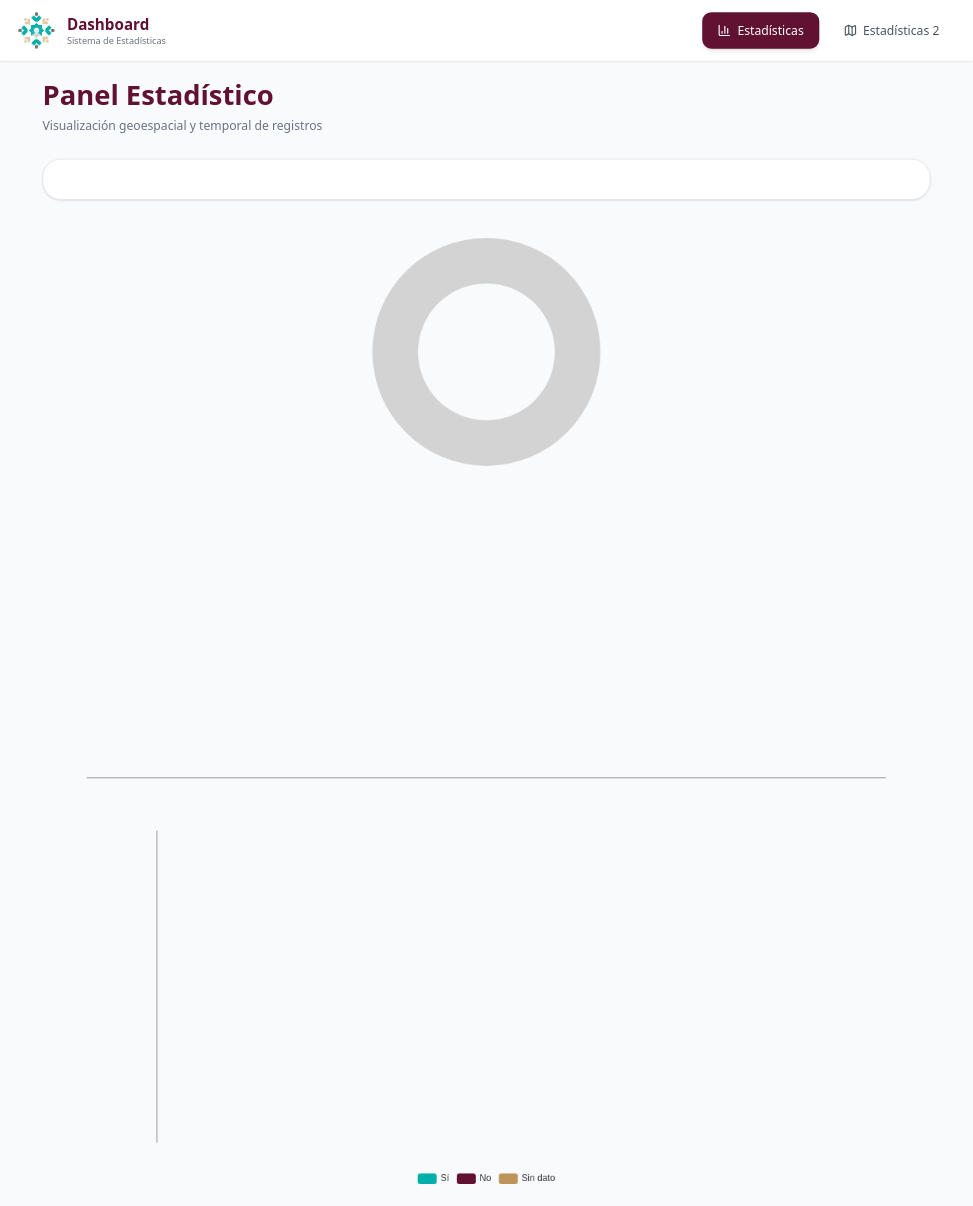
Repository: jesus890/semaforo-cinepolis
Page: /estadisticas
The author's editor kept a copy of each file at every save. The page is drawn from the files as they stood at one save, then again after the next save.
The browser window is 1280 px wide. The pictures show the whole page, at 76% of full size.
The page's requests for data from a server got no answer. The project was rebuilt for these pictures with package versions that can differ from the ones it lists, and the page was loaded fresh each time. No one was signed in, and anything a server would have sent is missing. Also part of the build but not shown: vite.config.ts, src/pages/EstadisticasDosPage.tsx.

Above is the page before, as saved 2026-06-03 11:53:45.

### index.html
<!doctype html>
<html lang="en">
  <head>
    <meta charset="UTF-8" />
    <link rel="icon" type="image/svg+xml" href="/favicon.svg" />
    <meta name="viewport" content="width=device-width, initial-scale=1.0" />
    <title>Estadistica Alertamiento | RNPNDO</title>
  </head>
  <body>
    <div id="root"></div>
    <script type="module" src="/src/main.tsx"></script>
  </body>
</html>

### src/App.tsx
import AppRouter from "./router/AppRouter";

function App() {
    return <AppRouter />;
}

export default App;

### src/router/AppRouter.tsx
import {BrowserRouter,Routes,Route,Navigate,} from "react-router-dom";

import DashboardLayout from "../layouts/DashboardLayout";
import EstadisticasPage from "../pages/EstadisticaPage";
import EstadisticasDosPage from "../pages/EstadisticasDosPage";



export default function AppRouter() {

    return (
        <BrowserRouter>
            <Routes>
                <Route path="/" element={<DashboardLayout/>}>
                    <Route index element={<Navigate to="/estadisticas"/>}/>
                    <Route path="estadisticas" element={<EstadisticasPage />}/>
                    <Route path="estadisticas-2" element={<EstadisticasDosPage />}/>
                </Route>
            </Routes>
        </BrowserRouter>
    );
}

### src/layouts/DashboardLayout.tsx
import { Outlet } from "react-router-dom";

import Header from "../components/Dashboard/navigation/Header";

export default function DashboardLayout() {

    return (
        <div className="min-h-screen bg-slate-50">
            <Header />
            <main className="p-6">
                <Outlet />
            </main>
        </div>

    );
}

### src/pages/EstadisticaPage.tsx
import { useEffect, useState } from "react";

import HeatmapTable from "../components/Dashboard/heatmap/HeatmapTable";

import SexoChart from "../components/Dashboard/charts/SexoChart";

import type { HeatmapRow } from "../types/dashboard.types";

import { GetEntidadesByAlertaTable, GetTotalesIncremento } from "../services/dashboard.service";
import EdadChart from "../components/Dashboard/charts/EdadChart";
import EnfoqueChart from "../components/Dashboard/charts/EnfoqueChart";

export default function EstadisticasPage() {

    const [filters, setFilters] = useState<{ estado_id: number | null, municipio_id: number | null }>({ estado_id: null, municipio_id: null });

    const [heatmapEstados, setHeatmapEstados] = useState<HeatmapRow[]>([]);
    const [dataChart, setDataChart] = useState<any>(null);

    const [loadingHeatmap, setLoadingHeatmap] = useState<boolean>(true);
    const [loadingCharts, setLoadingCharts] = useState<boolean>(true);

    useEffect(() => {
        loadData();
    }, [filters]);

    const loadData = async () => {

        try {

            setLoadingHeatmap(true);
            setLoadingCharts(true);

            const [matrizResp, chartResp] = await Promise.allSettled([
                GetEntidadesByAlertaTable(filters.estado_id, filters.municipio_id),
                GetTotalesIncremento(filters.estado_id, filters.municipio_id)
            ]);

            if (matrizResp.status === "fulfilled") {
                const rows: HeatmapRow[] = matrizResp.value.map((item: any) => ({
                    id: String(item.estado_id),
                    estadoId: item.estado_id,
                    name: item.entidad,
                    values:
                        item.detalleUltimos30Dias.map(
                            (dia: any) => ({
                                day: dia.fecha.slice(0, 10),
                                total: dia.totalRegistros,
                                estatus: dia?.estatusDia,
                                estadoId: item?.estado_id,
                                municipioId: 1, // temporal
                            })
                        ),
                }));

                setHeatmapEstados(rows);
            }

            if (chartResp.status === "fulfilled") {
                setDataChart(chartResp.value);
            }


        } catch (error) {
            console.log("No se pudo obtener la información de la tabla de entidades inicial");
        } finally {
            setLoadingHeatmap(false);
            setLoadingCharts(false);
        }

    };

    const handleEstadoClick = (estadoId: number) => {
        setFilters({
            estado_id: estadoId,
            municipio_id: null,
        });

    };

    const handleCellClick = (data: { estadoId: number; municipioId: number; fecha: string; }) => {
        //console.log("Click celda", data);

        setFilters(prev => ({
            ...prev,
            estado_id:
                data.estadoId,
        }));

    };

    return (
        <>
            <div className="min-h-screen bg-slate-50">
                <div className="mx-auto max-w-[1800px] px-6 lg:px-8">

                    <div className="mb-8">
                        <h1 className="text-4xl font-bold text-[#611232]">
                            Panel Estadístico
                        </h1>

                        <p className="mt-2 text-gray-500">
                            Visualización geoespacial y temporal de registros
                        </p>
                    </div>

                    {/* Matriz de datos */}
                    <div className="rounded-3xl border border-gray-200 bg-white p-6 shadow-sm">
                        <HeatmapTable
                            rows={heatmapEstados}
                            level="estado"
                            onRowClick={handleEstadoClick}
                            onCellClick={handleCellClick}
                        />
                    </div>

                    <div>
                        <SexoChart sexo={dataChart?.sexo} />
                    </div>

                    <div>
                        <EdadChart grupoEtario={dataChart?.grupoEtario} />
                    </div>

                    <div>
                        <EnfoqueChart enfoqueDiferenciado={dataChart?.enfoqueDiferenciado} />
                    </div>
                </div>
            </div>
        </>
    );
}

### src/components/Dashboard/navigation/Header.tsx
import { NavLink } from "react-router-dom";

import { BarChart3, Map, } from "lucide-react";
import logoSystem from "../../../assets/CNB.png";

export default function Header() {

    const menu = [
        {
            label: "Estadísticas",
            icon: BarChart3,
            path: "/estadisticas",
        },
        {
            label: "Estadísticas 2",
            icon: Map,
            path: "/estadisticas-2",
        },
    ];

    return (

        <header className="sticky top-0 z-50 bg-white border-b border-gray-200 shadow-sm">

            <div className="h-20 px-6 flex items-center justify-between max-w-[1800px] mx-auto">

                {/* Logo */}
                <div className="flex items-center gap-4">

                    <img src={logoSystem} alt="Logo" className="h-12 w-auto object-contain" />

                    <div>

                        <h1 className="text-xl font-bold text-[#611232]">
                            Dashboard
                        </h1>

                        <p className="text-xs text-gray-500">
                            Sistema de Estadísticas
                        </p>

                    </div>

                </div>

                {/* Menú */}
                <nav className="flex items-center gap-3">

                    {menu.map((item) => {

                        const Icon = item.icon;

                        return (

                            <NavLink
                                key={item.path}
                                to={item.path}
                                className={({
                                    isActive,
                                }) =>
                                    `
                                    flex
                                    items-center
                                    gap-2
                                    px-5
                                    py-3
                                    rounded-xl
                                    font-medium
                                    transition-all

                                    ${isActive
                                        ? "bg-[#611232] text-white shadow-md"
                                        : "text-gray-600 hover:bg-gray-100"
                                    }
                                `
                                }
                            >

                                <Icon
                                    size={18}
                                />

                                {item.label}

                            </NavLink>
                        );
                    })}

                </nav>

            </div>

        </header>
    );
}

### src/components/Dashboard/charts/SexoChart.tsx
import ReactECharts from "echarts-for-react";
import { Colors } from "../../../constants/colors";

interface SexoItem {
    categoria: string;
    total: number;
}

interface Props {
    sexo?: SexoItem[];
}

export default function SexoChart({ sexo = [] }: Props) {

    const getColor = (categoria: string) => {

        switch (categoria.toUpperCase()) {

            case "HOMBRE":
                return Colors.rojito;

            case "MUJER":
                return Colors.verdecito;

            default:
                return Colors.oro;
        }
    };

    const data = sexo.map(item => ({
        value: item.total,
        name:
            item.categoria.charAt(0) +
            item.categoria.slice(1).toLowerCase(),

        itemStyle: {
            color: getColor(item.categoria),
        },
    }));

    const option = {
        tooltip: {
            trigger: "item",
        },

        legend: {
            bottom: 0,
        },

        series: [
            {
                type: "pie",
                radius: ["45%", "75%"],

                label: {
                    formatter: "{b}\n{c}",
                },

                data,
            },
        ],
    };

    return (
        <ReactECharts
            option={option}
            style={{
                height: "400px",
            }}
        />
    );
}

### src/services/dashboard.service.ts
import { apiRequest } from "../lib/api";
import { axiosInstance } from "../lib/axios";

export const GetEntidadesByAlertaTable = (estado_id: any, municipio_id: any) =>
    apiRequest<any>(
        axiosInstance.get(`/api/Alertas`)
    );

export const GetTotalesIncremento = (estado_id: any, municipio_id: any) =>
    apiRequest<any>(
        axiosInstance.get(`/api/Alertas/incremento-desaparecidos`)
    );

### src/components/Dashboard/charts/EdadChart.tsx
import ReactECharts from "echarts-for-react";
import { Colors } from "../../../constants/colors";

interface GrupoEtarioItem {
  categoria: string;
  total: number;
}

interface Props {
  grupoEtario?: GrupoEtarioItem[];
}

export default function EdadChart({
  grupoEtario = [],
}: Props) {

  const getColor = (
    categoria: string
  ) => {

    switch (
    categoria.toUpperCase()
    ) {

      case "MENOR DE EDAD":
        return Colors.verdecito;

      case "MAYOR DE EDAD":
        return Colors.rojito;

      case "ADULTO MAYOR":
        return Colors.oro;

      default:
        return "#4F46E5";
    }
  };

  const categories =
    grupoEtario.map(
      item => item.categoria
    );

  const data =
    grupoEtario.map(
      item => ({
        value: item.total,

        itemStyle: {
          color: getColor(
            item.categoria
          ),
        },
      })
    );

  const option = {
    tooltip: {
      trigger: "axis",
    },

    grid: {
      left: "5%",
      right: "5%",
      bottom: "10%",
      containLabel: true,
    },

    xAxis: {
      type: "category",

      data: categories,

      axisLabel: {
        interval: 0,
        rotate: 0,
      },
    },

    yAxis: {
      type: "value",
    },

    series: [
      {
        type: "bar",

        barWidth: 70,

        borderRadius: [
          8,
          8,
          0,
          0,
        ],

        data,
      },
    ],
  };

  return (
    <ReactECharts
      option={option}
      style={{
        height: "400px",
      }}
    />
  );
}

### src/components/Dashboard/charts/EnfoqueChart.tsx
import ReactECharts from "echarts-for-react";
import { Colors } from "../../../constants/colors";

interface EnfoqueDetalle {
  categoria: string;
  total: number;
}

interface EnfoqueItem {
  grupo: string;
  detalle: EnfoqueDetalle[];
}

interface Props {
  enfoqueDiferenciado?: EnfoqueItem[];
}

export default function EnfoqueChart({
  enfoqueDiferenciado = [],
}: Props) {

  const normalize = (
    value: string
  ) => {

    const v =
      value
        ?.trim()
        .toUpperCase();

    if (v === "SI")
      return "SI";

    if (v === "NO")
      return "NO";

    return "SIN DATO";
  };

  const groups =
    enfoqueDiferenciado.map(
      item => {

        switch (
        item.grupo
        ) {

          case "TIENEDISCAPACIDAD":
            return "Discapacidad";

          case "HABLAESPANIOL":
            return "Habla Español";

          case "LENGUA":
            return "Lengua";

          case "ESMIGRANTE":
            return "Migrante";

          default:
            return item.grupo;
        }
      }
    );

  const siData =
    enfoqueDiferenciado.map(
      grupo =>
        grupo.detalle
          .filter(
            x =>
              normalize(
                x.categoria
              ) === "SI"
          )
          .reduce(
            (
              acc,
              item
            ) =>
              acc +
              item.total,
            0
          )
    );

  const noData =
    enfoqueDiferenciado.map(
      grupo =>
        grupo.detalle
          .filter(
            x =>
              normalize(
                x.categoria
              ) === "NO"
          )
          .reduce(
            (
              acc,
              item
            ) =>
              acc +
              item.total,
            0
          )
    );

  const sinDatoData =
    enfoqueDiferenciado.map(
      grupo =>
        grupo.detalle
          .filter(
            x =>
              normalize(
                x.categoria
              ) ===
              "SIN DATO"
          )
          .reduce(
            (
              acc,
              item
            ) =>
              acc +
              item.total,
            0
          )
    );

  const option = {

    tooltip: {
      trigger: "axis",
      axisPointer: {
        type: "shadow",
      },
    },

    legend: {
      bottom: 0,
    },

    grid: {
      left: 150,
      right: 30,
      top: 30,
      bottom: 60,
    },

    xAxis: {
      type: "value",
    },

    yAxis: {
      type: "category",
      data: groups,
    },

    series: [
      {
        name: "Sí",
        type: "bar",
        stack: "total",

        label: {
          show: true,
        },

        itemStyle: {
          color:
            Colors.verdecito,
        },

        data: siData,
      },

      {
        name: "No",
        type: "bar",
        stack: "total",

        label: {
          show: true,
        },

        itemStyle: {
          color:
            Colors.rojito,
        },

        data: noData,
      },

      {
        name: "Sin dato",
        type: "bar",
        stack: "total",

        label: {
          show: true,
        },

        itemStyle: {
          color:
            Colors.oro,
        },

        data: sinDatoData,
      },
    ],
  };

  return (
    <ReactECharts
      option={option}
      style={{
        height: "500px",
      }}
    />
  );
}

### src/constants/colors.ts
export const Colors = {
    rojito: "#611232",
    verdecito: "#00AFAA",
    oro: "#BC955B",
    grisito: "#E8E8E8",
    grisote: "#D2D3D3",
    text: "#5A5A5A",
};

### src/lib/api.ts
import axios from "axios";

export async function apiRequest<T>(
  promise: Promise<{ data: T }>
): Promise<T> {
  try {
    const { data } = await promise;
    return data;
  } catch (error) {
    if (axios.isAxiosError(error)) {
      const response = error.response;

      const message =
        response?.data?.message ||
        response?.data?.error ||
        response?.data?.msg ||
        "Error en la petición";

      throw new Error(message);
    }

    throw new Error("Error inesperado");
  }
}

### src/lib/axios.ts
import axios from "axios";

export const axiosInstance = axios.create({
  baseURL: import.meta.env.VITE_API_URL,
});

Loaded but not shown: src/main.tsx (common file); src/index.css (common file); src/components/Dashboard/heatmap/HeatmapTable.tsx (175 lines, source omitted)

After the next save:
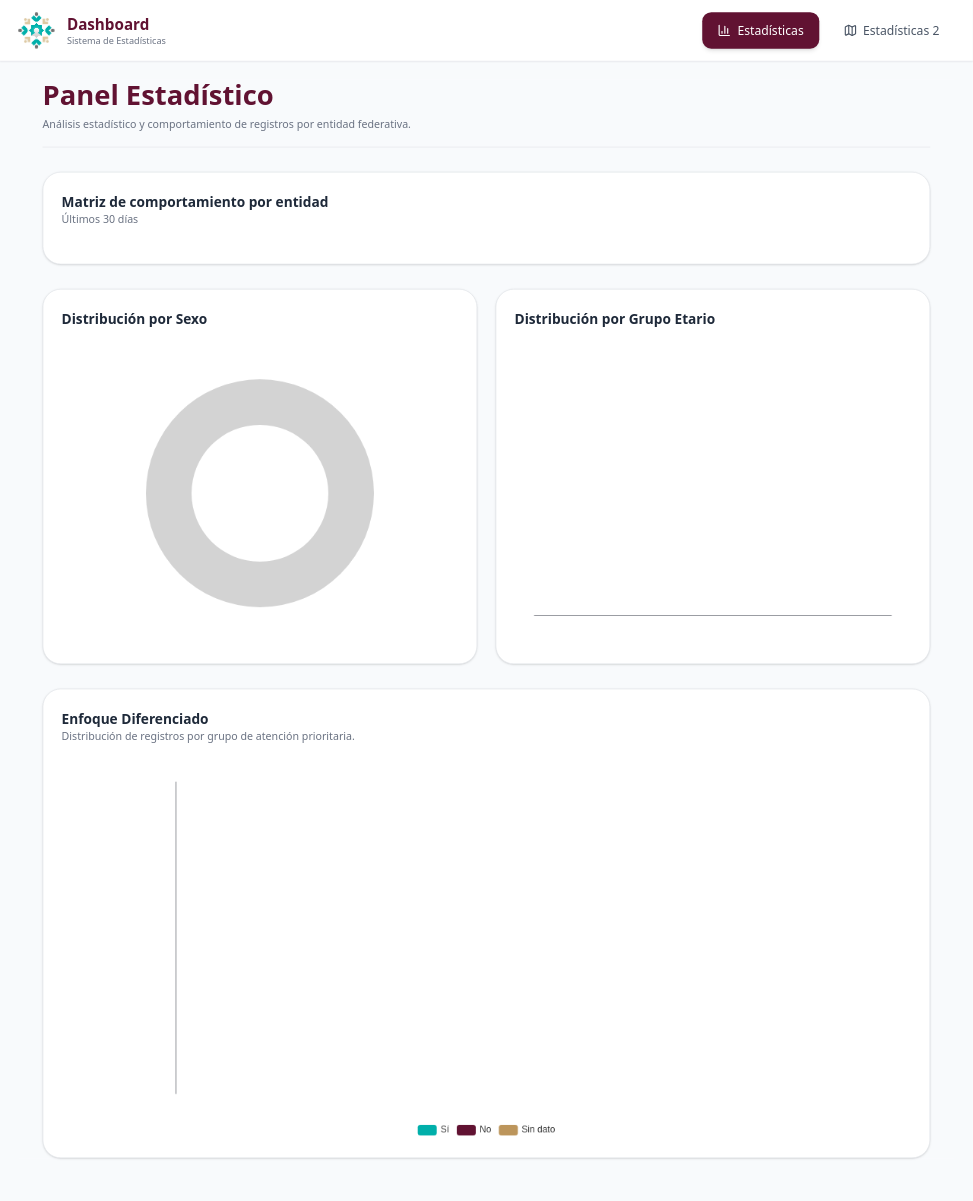
Saved 25 h 5 min later.
--- a/src/pages/EstadisticaPage.tsx
+++ b/src/pages/EstadisticaPage.tsx
@@ -94,37 +94,75 @@ export default function EstadisticasPage() {
             <div className="min-h-screen bg-slate-50">
                 <div className="mx-auto max-w-[1800px] px-6 lg:px-8">
 
-                    <div className="mb-8">
+                    <div className="mb-8 border-b border-gray-200 pb-5">
                         <h1 className="text-4xl font-bold text-[#611232]">
                             Panel Estadístico
                         </h1>
 
-                        <p className="mt-2 text-gray-500">
-                            Visualización geoespacial y temporal de registros
+                        <p className="mt-2 text-sm text-gray-500">
+                            Análisis estadístico y comportamiento de registros por entidad federativa.
                         </p>
                     </div>
 
                     {/* Matriz de datos */}
-                    <div className="rounded-3xl border border-gray-200 bg-white p-6 shadow-sm">
-                        <HeatmapTable
-                            rows={heatmapEstados}
-                            level="estado"
-                            onRowClick={handleEstadoClick}
-                            onCellClick={handleCellClick}
-                        />
-                    </div>
+                    <section className="mb-8">
+                        <div className="rounded-3xl border border-gray-200 bg-white p-6 shadow-sm">
+                            <div className="mb-5">
+                                <h2 className="text-lg font-semibold text-gray-800">
+                                    Matriz de comportamiento por entidad
+                                </h2>
 
-                    <div>
-                        <SexoChart sexo={dataChart?.sexo} />
-                    </div>
+                                <p className="text-sm text-gray-500">
+                                    Últimos 30 días
+                                </p>
+                            </div>
 
-                    <div>
-                        <EdadChart grupoEtario={dataChart?.grupoEtario} />
-                    </div>
+                            <HeatmapTable
+                                rows={heatmapEstados}
+                                level="estado"
+                                onRowClick={handleEstadoClick}
+                                onCellClick={handleCellClick}
+                            />
+                        </div>
+                    </section>
 
-                    <div>
-                        <EnfoqueChart enfoqueDiferenciado={dataChart?.enfoqueDiferenciado} />
-                    </div>
+                    <section className="mb-8 grid grid-cols-1 gap-6 xl:grid-cols-2">
+
+                        <div className="rounded-3xl border border-gray-200 bg-white p-6 shadow-sm">
+                            <h2 className="mb-4 text-lg font-semibold text-gray-800">
+                                Distribución por Sexo
+                            </h2>
+
+                            <SexoChart sexo={dataChart?.sexo} />
+                        </div>
+
+                        <div className="rounded-3xl border border-gray-200 bg-white p-6 shadow-sm">
+                            <h2 className="mb-4 text-lg font-semibold text-gray-800">
+                                Distribución por Grupo Etario
+                            </h2>
+
+                            <EdadChart grupoEtario={dataChart?.grupoEtario} />
+                        </div>
+
+                    </section>
+
+                    <section className="mb-8">
+                        <div className="rounded-3xl border border-gray-200 bg-white p-6 shadow-sm">
+                            <div className="mb-5">
+                                <h2 className="text-lg font-semibold text-gray-800">
+                                    Enfoque Diferenciado
+                                </h2>
+
+                                <p className="text-sm text-gray-500">
+                                    Distribución de registros por grupo de atención prioritaria.
+                                </p>
+                            </div>
+
+                            <EnfoqueChart
+                                enfoqueDiferenciado={dataChart?.enfoqueDiferenciado}
+                            />
+                        </div>
+                    </section>
                 </div>
             </div>
         </>
